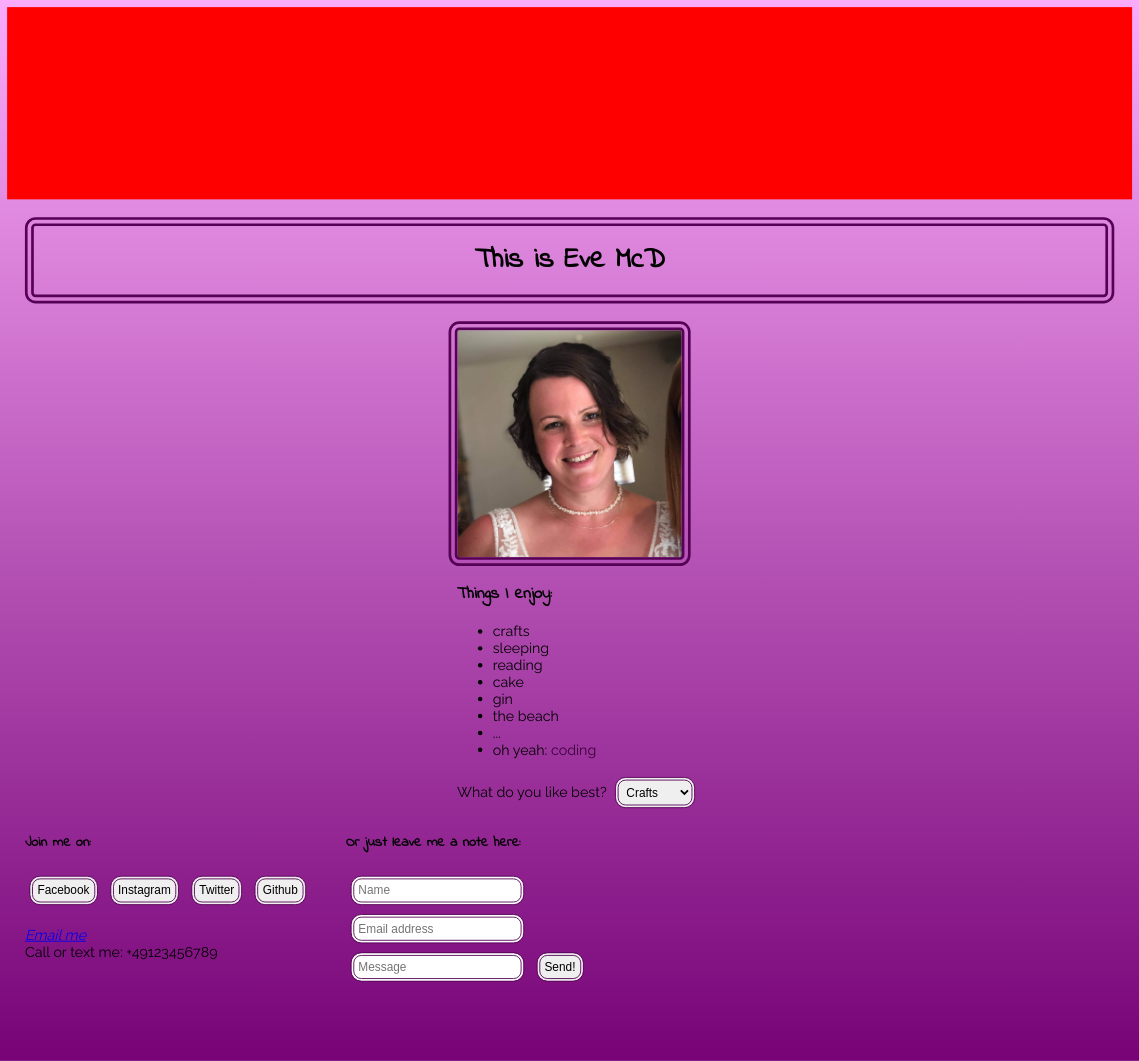
Repository: evemcd/Strive-Ignite-W1
Page: index.html
An editor plug-in stored every save of this project. The page is shown before and after the next save, followed by the edit.
The browser window is 1280 px wide. The pictures show the whole page, at 89% of full size.

Above is the page before, as saved 2021-01-17 20:13:04.

### index.html
<!DOCTYPE html>
<html>

<head>
    <title>Eve McDermott</title>
    <link rel="stylesheet" href="styles.css" />
    <link rel="preconnect" href="https://fonts.gstatic.com">
    <link rel="preconnect" href="https://fonts.gstatic.com">
    <link href="https://fonts.googleapis.com/css2?family=Indie+Flower&family=Raleway&display=swap" rel="stylesheet">
    <meta name="viewport" content="width=device-width, initial-scale=1.0">
</head>

<body>
    <div id="header">
        <div class="header__title">

        </div>
        <div class="header__image">

        </div>
    </div>
    <div>
        <h1>This is Eve McD</h1>
        <img src="Eve.jpg" class="center" alt="photo of Eve McD" />
    </div>
    <!-- list -->
    <div class="hobbies">
        <h3>Things I enjoy:</h3>
        <ul>
            <li>crafts</li>
            <li>sleeping</li>
            <li>reading</li>
            <li>cake</li>
            <li>gin</li>
            <li>the beach</li>
            <li>...</li>
            <li>oh yeah: <span style="color: rgb(59, 0, 59);">coding</span></li>
        </ul>
    </div>

    <div class="hobbies">
        <label for="hobbies">What do you like best?</label>
        <select name="hobbies" id="hobbies" class="socialbutton">
            <option value="crafts">Crafts</option>
            <option value="sleeping">Sleeping</option>
            <option value="reading">Reading</option>
            <option value="cake">Cake</option>
            <option value="gin">Gin</option>
            <option value="beach">Beach</option>
            <option value="coding">Coding</option>
        </select>
    </div>
    <div class="container">
        <div class="div1">
            <h4>Join me on:</h4>
            <input type="button" href="www.facebook.com" value="Facebook" class="socialbutton" />
            <input type="button" href="www.instagram.com" value="Instagram" class="socialbutton" />
            <input type="button" href="www.twitter.com" value="Twitter" class="socialbutton" />
            <input type="button" href="www.github.com" value="Github" class="socialbutton" />
            <br><br>
            <address>
                <a href="mailto:eve@mcdermott.com">Email me </a>
            </address>
            Call or text me: +49123456789
            </p>
        </div>
        <div class="div1">
            <form>
                <h4>Or just leave me a note here:</h4>
                <input type="text" placeholder="Name" class="socialbutton" /><br>
                <input type="email" placeholder="Email address" class="socialbutton" /><br>
                <input type="text" placeholder="Message" class="socialbutton" />
                <input type="button" value="Send!" class="socialbutton" />
            </form>
        </div>
    </div>
    </div>
    <br><br><br><br>

</body>

</html>

### styles.css
body {
    background: rgb(251,171,251);
    background: linear-gradient(180deg, rgba(251,171,251,1) 0%, rgba(119,3,119,1) 100%);
    font-family: Raleway;
}

.div1 {
    display: inline-block;
    /* width: 40%; */
    vertical-align: top;
    margin: 0px 20px 0px 20px;
}

.container {
    display: flex;
    flex-flow: column wrap;
    flex-direction: row;
    justify-content: flex-start;
}

h1 {
    padding: 15px;
    margin: 20px;
    border: 10px double rgb(85, 1, 85);
    border-radius: 12px;
    text-align: center;
}

h1, h2, h3, h4, h5, h6 {
    font-family: Indie Flower;
}

.textcenter {
    text-align: center;
}

.center {
    display: block;
    margin-left: auto;
    margin-right: auto;
    width: 20%;
    border: 10px double rgb(85, 1, 85);
    border-radius: 12px;
}

#header {
    width: 100%;
    height: 30vh;
    position: relative;
    background-color: red;
}

.header__title {
    width: 50%;
    background-color: blue;
    position: absolute;
    top: 0;
    left: 0;
}

.socialbutton {
    border: 4px double rgb(85, 1, 85);
    border-radius: 12px;
    padding: 5px;
    margin: 5px;
}

.hobbies {
    margin-left: 40%;
}

@media screen and (max-width: 992px) {
    .div1 {
    display: inline-block;
    width: 100%;
    vertical-align: top;
    }
    .hobbies {
        margin-left: 10%;
    }
  }

After the next save:
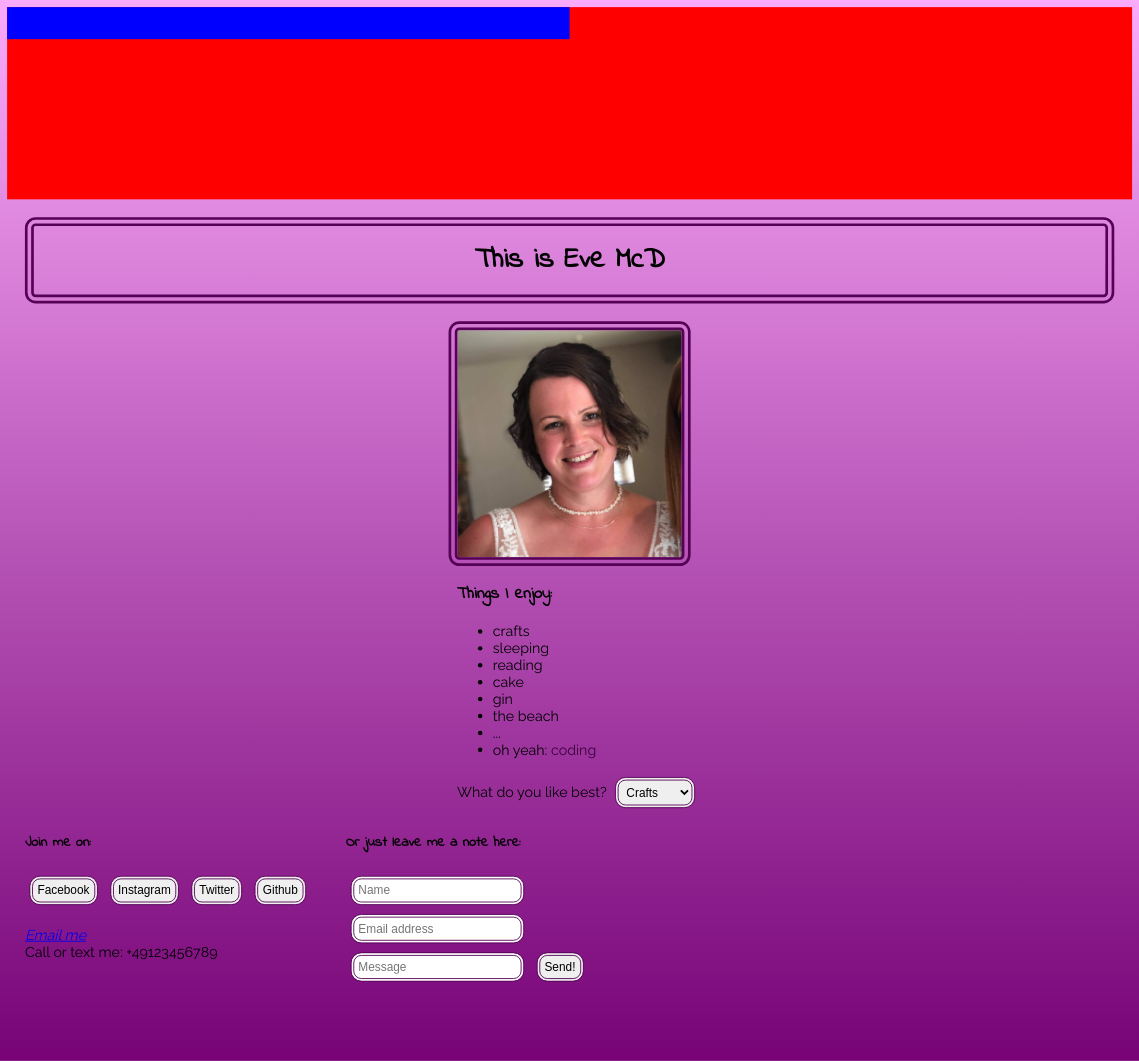
Saved 31 s later.
--- a/styles.css
+++ b/styles.css
@@ -56,6 +56,7 @@ h1, h2, h3, h4, h5, h6 {
     position: absolute;
     top: 0;
     left: 0;
+    height: 5vh;
 }
 
 .socialbutton {
